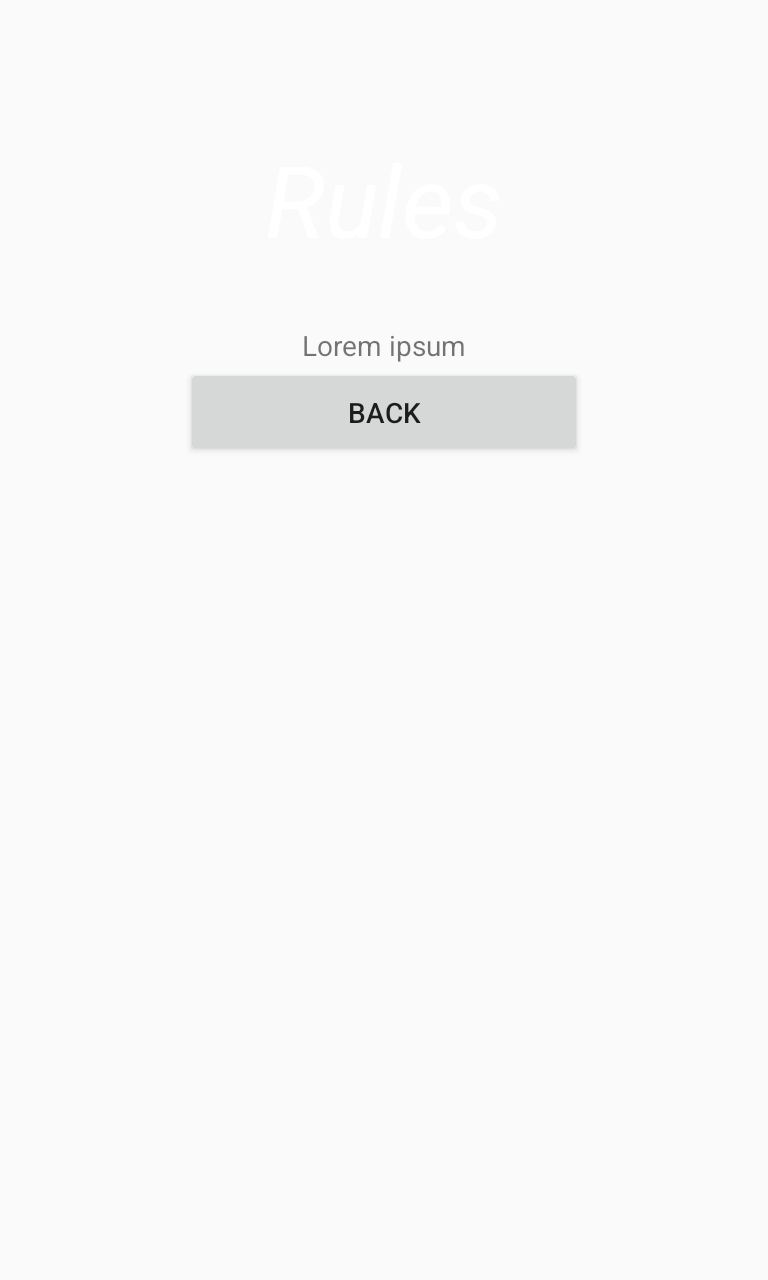
Repository: Hannanina/GuessTag
Layout: GuessTag/res/layout/activity_rules.xml
These files come from the project's save history. The layout is drawn as it stood at one moment and after the next save; the edit follows.
It is drawn on a 768 x 1280 px phone screen (xhdpi) without system bars, with theme AppTheme; the app's code is not run.

Above is the layout before, as saved 2014-12-05 14:17:36.

### GuessTag/res/layout/activity_rules.xml
<LinearLayout xmlns:android="http://schemas.android.com/apk/res/android"
    xmlns:tools="http://schemas.android.com/tools"
    android:layout_width="match_parent"
    android:layout_height="match_parent"
    android:paddingBottom="@dimen/activity_vertical_margin"
    android:paddingLeft="@dimen/activity_horizontal_margin"
    android:paddingRight="@dimen/activity_horizontal_margin"
    android:paddingTop="@dimen/activity_vertical_margin"
    android:orientation="vertical"
    tools:context="com.example.guesstag.RulesActivity" >

	<TextView
        android:id="@+id/rules_heading"
        android:layout_marginTop="50dp"
        android:layout_marginBottom="30dp"
        android:layout_width="wrap_content"
	    android:layout_height="wrap_content"
	    android:layout_gravity="center"
	    android:text="@string/rules_heading"
	    android:textStyle="italic"
	    android:textSize="50sp"
	    android:textColor="@color/White">
    </TextView>

	<TextView
		android:id="@+id/rules_text"
		android:layout_width="wrap_content"
	    android:layout_height="wrap_content"
	    android:layout_gravity="center"
	    android:text="@string/rules_text" >
	</TextView>

	<Button
	    android:id="@+id/button_back"
	    android:layout_width="200dp"
	    android:layout_height="48dp"
	    android:layout_gravity="bottom|center"
	    android:text="@string/button_back">
	</Button>
</LinearLayout>

### GuessTag/res/values/strings.xml
<?xml version="1.0" encoding="utf-8"?>
<resources>

    <string name="app_name">guess#</string>
    <string name="hello_world">Hello world!</string>
    <string name="action_settings">Settings</string>

    <!-- BACK BUTTON -->

    <string name="button_back">Back</string>

    <!-- START ACTIVITY -->
    <string name="start_heading">guess#</string>
    <string name="button_start">Start new game</string>
    <string name="button_highscore">Highscore</string>
    <string name="button_rules">Rules</string>
    <string name="title_activity_rules">RulesActivity</string>

    <!-- RULES ACTIVITY -->

    <string name="rules_heading">Rules</string>
    <string name="rules_text">Lorem ipsum</string>

</resources>

### GuessTag/res/values/colors.xml
<?xml version="1.0" encoding="utf-8"?>
<resources>
 <color name="white">#FFFFFF</color>
 <color name="yellow">#FFFF00</color>
 <color name="fuchsia">#FF00FF</color>
 <color name="red">#FF0000</color>
 <color name="silver">#C0C0C0</color>
 <color name="gray">#808080</color>
 <color name="olive">#808000</color>
 <color name="purple">#800080</color>
 <color name="maroon">#800000</color>
 <color name="aqua">#00FFFF</color>
 <color name="lime">#00FF00</color>
 <color name="teal">#008080</color>
 <color name="green">#008000</color>
 <color name="blue">#0000FF</color>
 <color name="navy">#000080</color>
 <color name="black">#000000</color>


 <color name="White">#FFFFFF</color>
 <color name="Ivory">#FFFFF0</color>
 <color name="LightYellow">#FFFFE0</color>
 <color name="Yellow">#FFFF00</color>
 <color name="Snow">#FFFAFA</color>
 <color name="FloralWhite">#FFFAF0</color>
 <color name="LemonChiffon">#FFFACD</color>
 <color name="Cornsilk">#FFF8DC</color>
 <color name="Seashell">#FFF5EE</color>
 <color name="LavenderBlush">#FFF0F5</color>
 <color name="PapayaWhip">#FFEFD5</color>
 <color name="BlanchedAlmond">#FFEBCD</color>
 <color name="MistyRose">#FFE4E1</color>
 <color name="Bisque">#FFE4C4</color>
 <color name="Moccasin">#FFE4B5</color>
 <color name="NavajoWhite">#FFDEAD</color>
 <color name="PeachPuff">#FFDAB9</color>
 <color name="Gold">#FFD700</color>
 <color name="Pink">#FFC0CB</color>
 <color name="LightPink">#FFB6C1</color>
 <color name="Orange">#FFA500</color>
 <color name="LightSalmon">#FFA07A</color>
 <color name="DarkOrange">#FF8C00</color>
 <color name="Coral">#FF7F50</color>
 <color name="HotPink">#FF69B4</color>
 <color name="Tomato">#FF6347</color>
 <color name="OrangeRed">#FF4500</color>
 <color name="DeepPink">#FF1493</color>
 <color name="Fuchsia">#FF00FF</color>
 <color name="Magenta">#FF00FF</color>
 <color name="Red">#FF0000</color>
 <color name="OldLace">#FDF5E6</color>
 <color name="LightGoldenrodYellow">#FAFAD2</color>
 <color name="Linen">#FAF0E6</color>
 <color name="AntiqueWhite">#FAEBD7</color>
 <color name="Salmon">#FA8072</color>
 <color name="GhostWhite">#F8F8FF</color>
 <color name="MintCream">#F5FFFA</color>
 <color name="WhiteSmoke">#F5F5F5</color>
 <color name="Beige">#F5F5DC</color>
 <color name="Wheat">#F5DEB3</color>
 <color name="SandyBrown">#F4A460</color>
 <color name="Azure">#F0FFFF</color>
 <color name="Honeydew">#F0FFF0</color>
 <color name="AliceBlue">#F0F8FF</color>
 <color name="Khaki">#F0E68C</color>
 <color name="LightCoral">#F08080</color>
 <color name="PaleGoldenrod">#EEE8AA</color>
 <color name="Violet">#EE82EE</color>
 <color name="DarkSalmon">#E9967A</color>
 <color name="Lavender">#E6E6FA</color>
 <color name="LightCyan">#E0FFFF</color>
 <color name="BurlyWood">#DEB887</color>
 <color name="Plum">#DDA0DD</color>
 <color name="Gainsboro">#DCDCDC</color>
 <color name="Crimson">#DC143C</color>
 <color name="PaleVioletRed">#DB7093</color>
 <color name="Goldenrod">#DAA520</color>
 <color name="Orchid">#DA70D6</color>
 <color name="Thistle">#D8BFD8</color>
 <color name="LightGrey">#D3D3D3</color>
 <color name="Tan">#D2B48C</color>
 <color name="Chocolate">#D2691E</color>
 <color name="Peru">#CD853F</color>
 <color name="IndianRed">#CD5C5C</color>
 <color name="MediumVioletRed">#C71585</color>
 <color name="Silver">#C0C0C0</color>
 <color name="DarkKhaki">#BDB76B</color>
 <color name="RosyBrown">#BC8F8F</color>
 <color name="MediumOrchid">#BA55D3</color>
 <color name="DarkGoldenrod">#B8860B</color>
 <color name="FireBrick">#B22222</color>
 <color name="PowderBlue">#B0E0E6</color>
 <color name="LightSteelBlue">#B0C4DE</color>
 <color name="PaleTurquoise">#AFEEEE</color>
 <color name="GreenYellow">#ADFF2F</color>
 <color name="LightBlue">#ADD8E6</color>
 <color name="DarkGray">#A9A9A9</color>
 <color name="Brown">#A52A2A</color>
 <color name="Sienna">#A0522D</color>
 <color name="YellowGreen">#9ACD32</color>
 <color name="DarkOrchid">#9932CC</color>
 <color name="PaleGreen">#98FB98</color>
 <color name="DarkViolet">#9400D3</color>
 <color name="MediumPurple">#9370DB</color>
 <color name="LightGreen">#90EE90</color>
 <color name="DarkSeaGreen">#8FBC8F</color>
 <color name="SaddleBrown">#8B4513</color>
 <color name="DarkMagenta">#8B008B</color>
 <color name="DarkRed">#8B0000</color>
 <color name="BlueViolet">#8A2BE2</color>
 <color name="LightSkyBlue">#87CEFA</color>
 <color name="SkyBlue">#87CEEB</color>
 <color name="Gray">#808080</color>
 <color name="Olive">#808000</color>
 <color name="Purple">#800080</color>
 <color name="Maroon">#800000</color>
 <color name="Aquamarine">#7FFFD4</color>
 <color name="Chartreuse">#7FFF00</color>
 <color name="LawnGreen">#7CFC00</color>
 <color name="MediumSlateBlue">#7B68EE</color>
 <color name="LightSlateGray">#778899</color>
 <color name="SlateGray">#708090</color>
 <color name="OliveDrab">#6B8E23</color>
 <color name="SlateBlue">#6A5ACD</color>
 <color name="DimGray">#696969</color>
 <color name="MediumAquamarine">#66CDAA</color>
 <color name="CornflowerBlue">#6495ED</color>
 <color name="CadetBlue">#5F9EA0</color>
 <color name="DarkOliveGreen">#556B2F</color>
 <color name="Indigo">#4B0082</color>
 <color name="MediumTurquoise">#48D1CC</color>
 <color name="DarkSlateBlue">#483D8B</color>
 <color name="SteelBlue">#4682B4</color>
 <color name="RoyalBlue">#4169E1</color>
 <color name="Turquoise">#40E0D0</color>
 <color name="MediumSeaGreen">#3CB371</color>
 <color name="LimeGreen">#32CD32</color>
 <color name="DarkSlateGray">#2F4F4F</color>
 <color name="SeaGreen">#2E8B57</color>
 <color name="ForestGreen">#228B22</color>
 <color name="LightSeaGreen">#20B2AA</color>
 <color name="DodgerBlue">#1E90FF</color>
 <color name="MidnightBlue">#191970</color>
 <color name="Aqua">#00FFFF</color>
 <color name="Cyan">#00FFFF</color>
 <color name="SpringGreen">#00FF7F</color>
 <color name="Lime">#00FF00</color>
 <color name="MediumSpringGreen">#00FA9A</color>
 <color name="DarkTurquoise">#00CED1</color>
 <color name="DeepSkyBlue">#00BFFF</color>
 <color name="DarkCyan">#008B8B</color>
 <color name="Teal">#008080</color>
 <color name="Green">#008000</color>
 <color name="DarkGreen">#006400</color>
 <color name="Blue">#0000FF</color>
 <color name="MediumBlue">#0000CD</color>
 <color name="DarkBlue">#00008B</color>
 <color name="Navy">#000080</color>
 <color name="Black">#000000</color>
</resources>

Loaded but not shown: GuessTag/res/values/styles.xml (common file); GuessTag/res/values-v11/styles.xml (common file); GuessTag/res/values-v14/styles.xml (common file); GuessTag/res/values/dimens.xml (common file); GuessTag/res/values-w820dp/dimens.xml (common file)

After the next save:
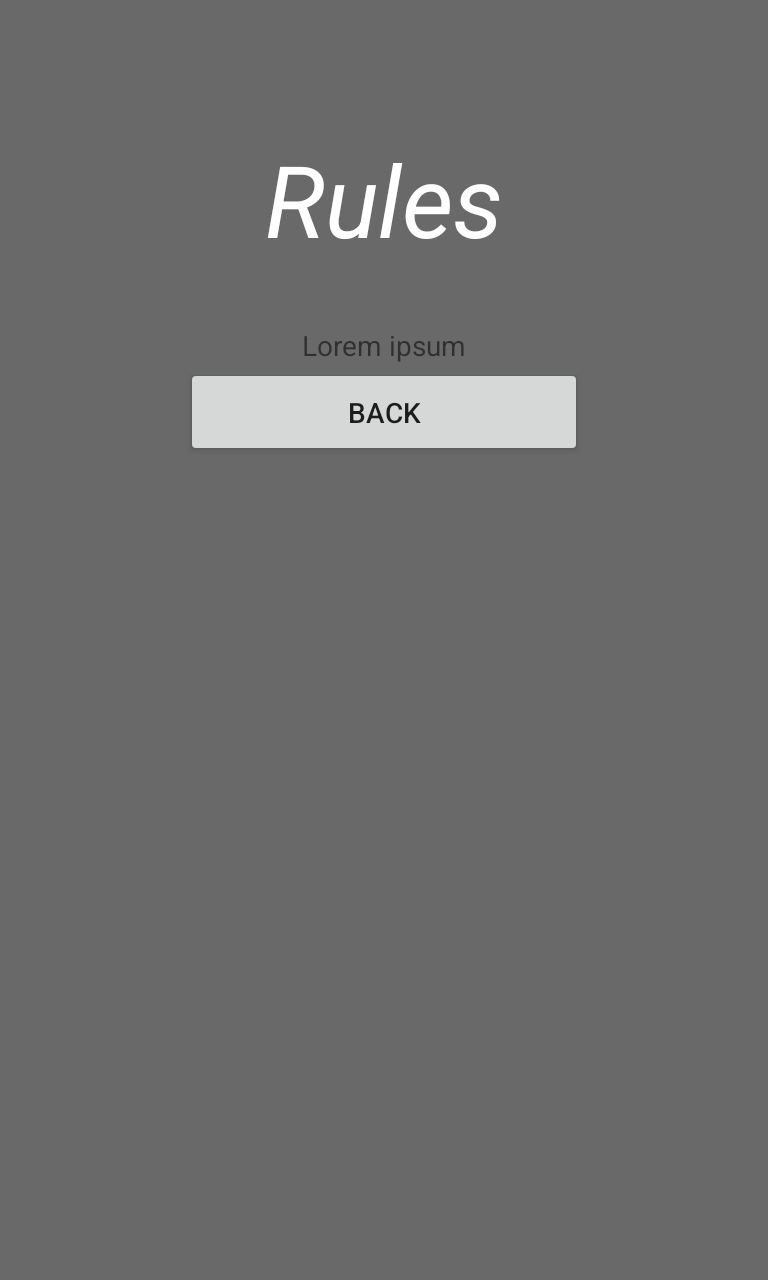
Saved 21 s later.
--- a/GuessTag/res/layout/activity_rules.xml
+++ b/GuessTag/res/layout/activity_rules.xml
@@ -7,6 +7,7 @@
     android:paddingRight="@dimen/activity_horizontal_margin"
     android:paddingTop="@dimen/activity_vertical_margin"
     android:orientation="vertical"
+    android:background="@color/DimGray"
     tools:context="com.example.guesstag.RulesActivity" >
 
 	<TextView
